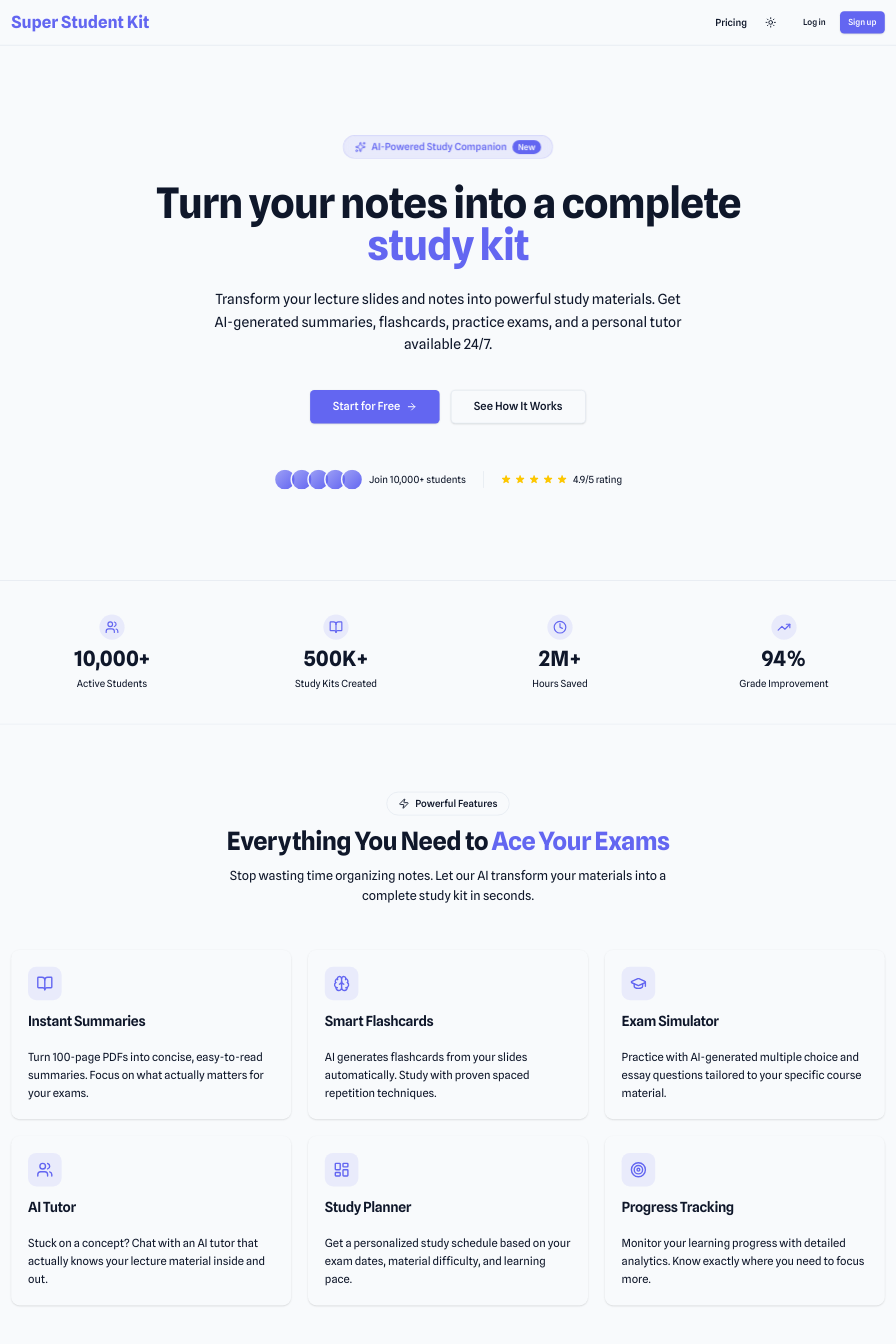
Repository: DiwanMalla/study_kit
Page: /
The author's editor kept a copy of each file at every save. The page is drawn from the files as they stood at one save, then again after the next save.
The browser window is 1280 px wide. The pictures show the part of the page from y = 0 to 1920 px (the page is 2984 px tall), at 70% of full size.
The page's requests for data from a server got no answer. The project was rebuilt for these pictures with package versions that can differ from the ones it lists, and the page was loaded fresh each time. Some packages were replaced by stand-ins written for this rebuild. The framework's server and built-in components were replaced by stand-ins that run in the browser. No one was signed in, and anything a server would have sent is missing. Also part of the build but not shown: next.config.ts.

Above is the page before, as saved 2025-12-20 00:10:50.

After the next save:
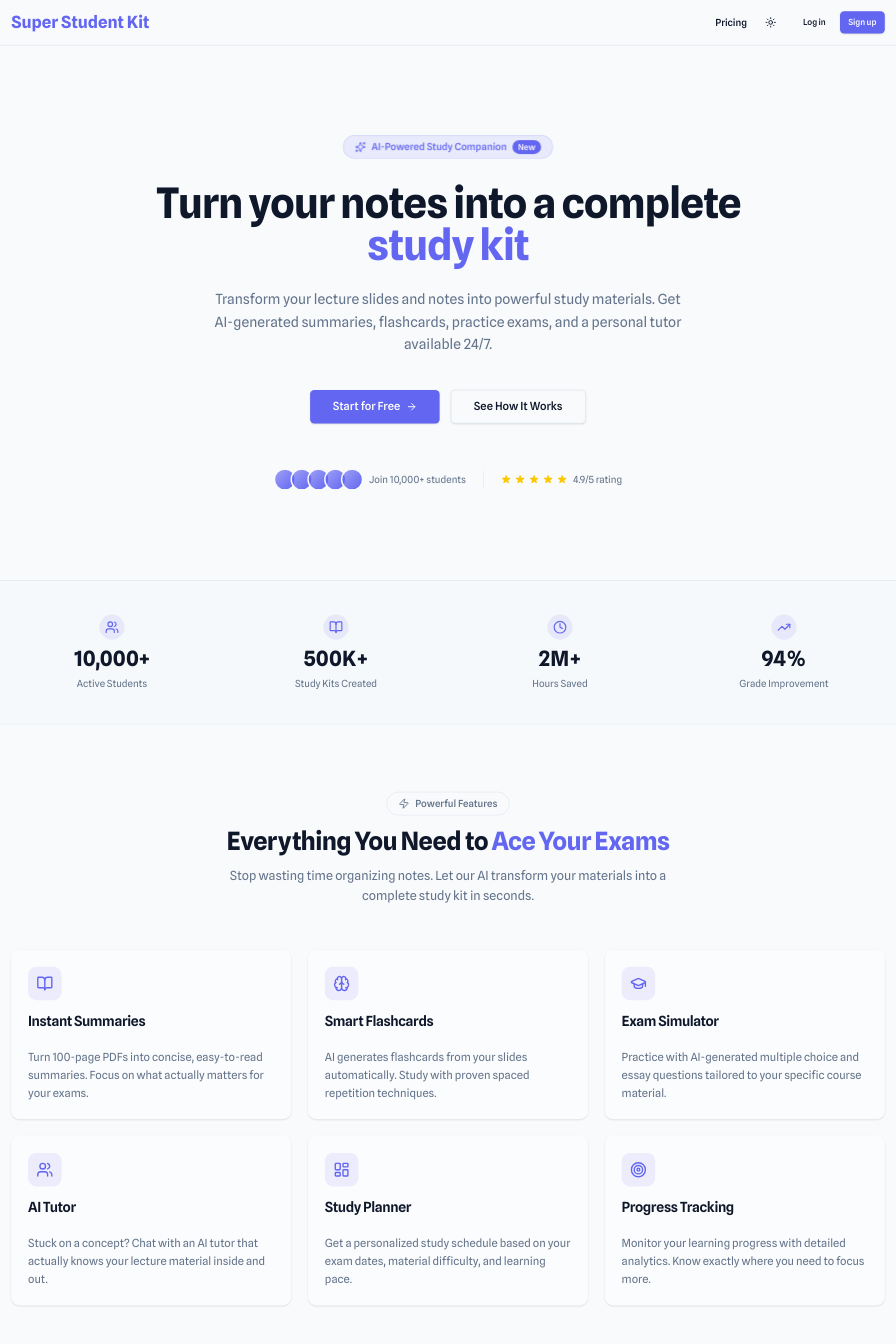
Saved 23 min 19 s later.
--- a/app/globals.css
+++ b/app/globals.css
@@ -10,6 +10,17 @@
   --color-foreground: var(--foreground);
   --color-primary: var(--primary);
   --color-primary-foreground: var(--primary-foreground);
+  --color-muted: var(--muted);
+  --color-muted-foreground: var(--muted-foreground);
+  --color-accent: var(--accent);
+  --color-accent-foreground: var(--accent-foreground);
+  --color-popover: var(--popover);
+  --color-popover-foreground: var(--popover-foreground);
+  --color-card: var(--card);
+  --color-card-foreground: var(--card-foreground);
+  --color-input: var(--input);
+  --color-secondary: var(--secondary);
+  --color-secondary-foreground: var(--secondary-foreground);
   --color-surface: var(--surface);
 }
 
@@ -18,6 +29,17 @@
   --foreground: #0f172a;
   --primary: #6366f1;
   --primary-foreground: #ffffff;
+  --muted: #f1f5f9;
+  --muted-foreground: #64748b;
+  --accent: #eef2ff;
+  --accent-foreground: #0f172a;
+  --popover: #ffffff;
+  --popover-foreground: #0f172a;
+  --card: #ffffff;
+  --card-foreground: #0f172a;
+  --secondary: #f1f5f9;
+  --secondary-foreground: #0f172a;
+  --input: #e2e8f0;
   --border: #e2e8f0;
   --surface: #ffffff;
   --radius: 1rem;
@@ -28,6 +50,17 @@
   --foreground: #f8fafc;
   --primary: #818cf8;
   --primary-foreground: #ffffff;
+  --muted: #0b1220;
+  --muted-foreground: #94a3b8;
+  --accent: #1e293b;
+  --accent-foreground: #f8fafc;
+  --popover: #0f172a;
+  --popover-foreground: #f8fafc;
+  --card: #0f172a;
+  --card-foreground: #f8fafc;
+  --secondary: #0b1220;
+  --secondary-foreground: #f8fafc;
+  --input: #1e293b;
   --border: #1e293b;
   --surface: #0f172a;
 }
